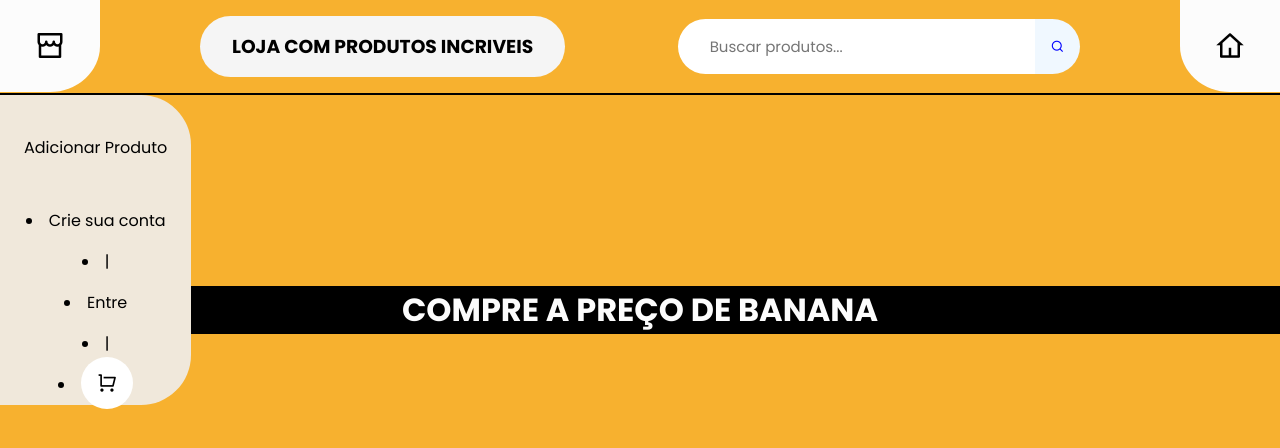
Repository: Guilherme-Beckman/Loja-Online-MVC-Spring
Page: http://localhost/home
These files come from the project's save history. The page is drawn as it stood at one moment and after the next save; the edit follows.
The browser window is 1280 px wide. The pictures show the whole page.
The page is this project's Thymeleaf template; nobody is signed in. The template is opened directly, without the code that normally fills it, so the values that code supplies are empty.

Above is the page before, as saved 2024-03-18 19:51:25.

After the next save:
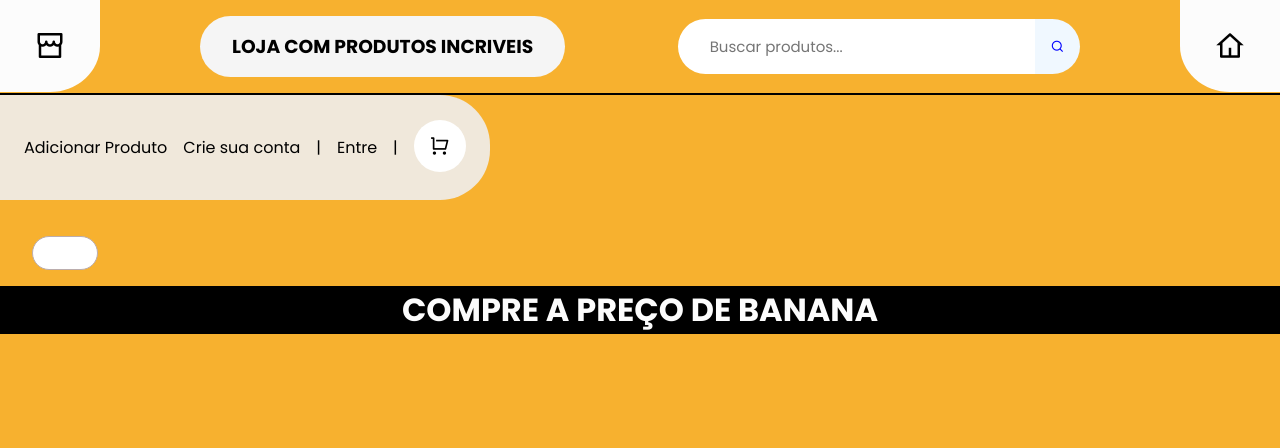
Saved 35 s later.
--- a/Documents/Loja-Online-MVC-Spring/loja-online/src/main/resources/templates/home.html
+++ b/Documents/Loja-Online-MVC-Spring/loja-online/src/main/resources/templates/home.html
@@ -32,7 +32,7 @@
     <div class="nav2">
         <div class="back-circle">
             <ul>
-				<li><span><a href="/add-product">Adicionar Produto</a></span></ul>
+				<li><span><a href="/add-product">Adicionar Produto</a></span></il>
                 <li><span><a href="/register">Crie sua conta</a></span></li>
                 <li>|</li>
                 <li><span><a href="/login">Entre</a></span></li>
